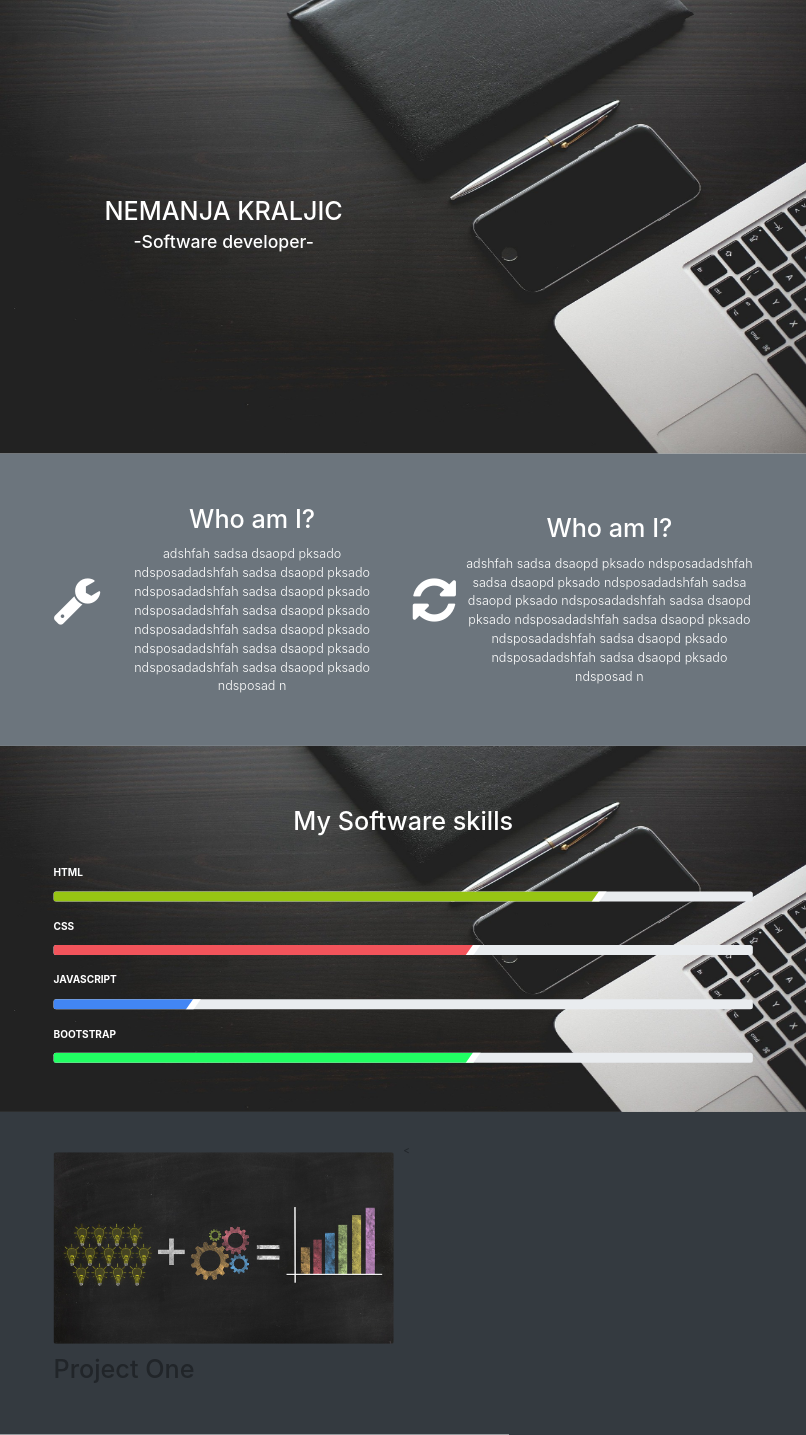
Repository: Kraljiccar/User-Centric-Frontend-Development-Milestone-Project
Page: index.html
The author's editor kept a record of every edit. The page is drawn from the files as they stood at one moment, then again after the next edit.
The browser window is 1280 px wide. The pictures show the whole page, at 63% of full size.
Backgrounds fixed to the window are drawn as part of the page.

Above is the page before.

After the next edit:
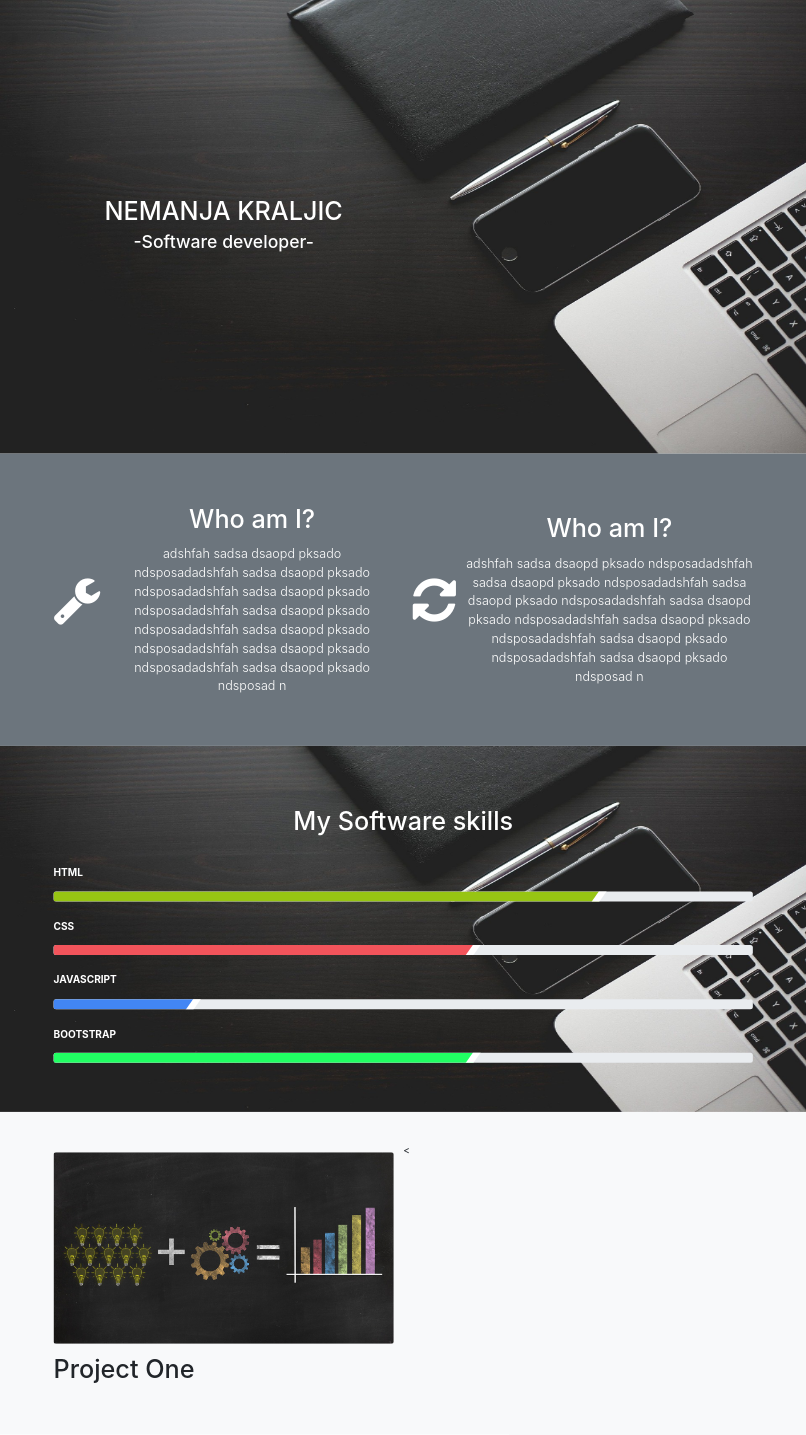
The edit:
--- a/index.html
+++ b/index.html
@@ -87,7 +87,7 @@
 </div>
     </section>
 
-    <section id="projects" class="p-5 bg-dark" >
+    <section id="projects" class="p-5 bg-light" >
       <div class="container">
         <div class="row">
           <div class="col-sm-6 my-3">
